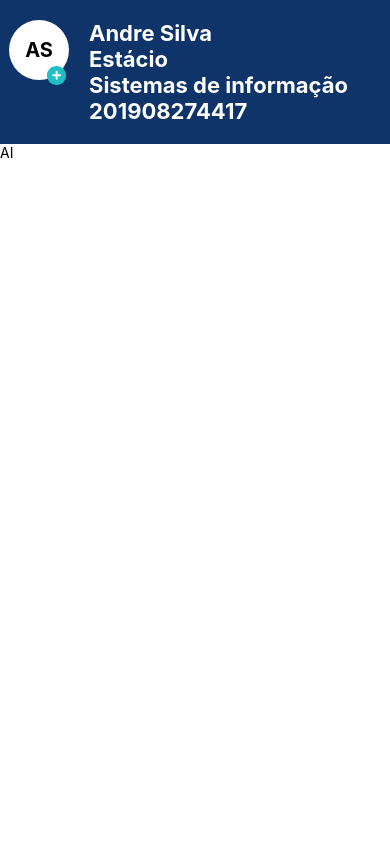
Repository: andre06x/native-estacio
Screen: /
The author's editor kept a copy of each file at every save. The screen is drawn from the files as they stood at one save, then again after the next save.
The app was drawn by React Native's web renderer in a window 390 px wide. The project was rebuilt for these pictures with package versions that can differ from the ones it lists, and the page was loaded fresh each time. Also part of the build but not shown: src/Pages/Login/index.tsx.

Above is the screen before, as saved 2022-03-24 14:04:04.

After the next save:
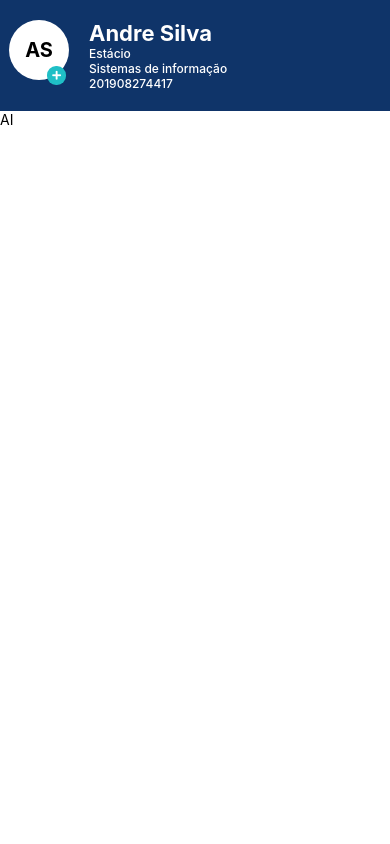
Saved 7 s later.
--- a/src/Pages/Home/index.tsx
+++ b/src/Pages/Home/index.tsx
@@ -88,8 +88,8 @@
 
   profile_container_info_mini_text: {
     color: "#fff",
-    fontSize: 22,
-    fontWeight: "700"
+    fontSize: 12,
+    fontWeight: "500"
   },
 
 });
